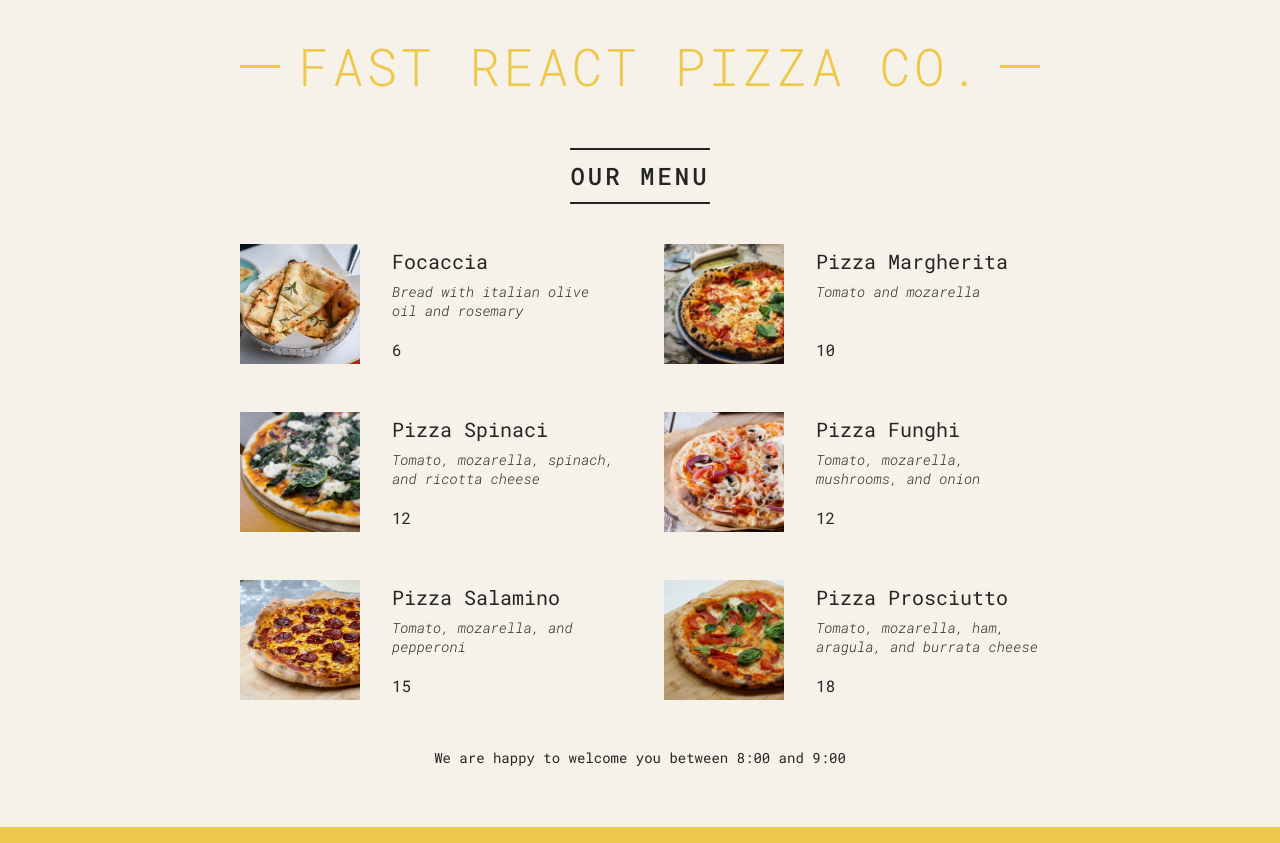
Repository: Aaryan-Poria/pizza-menu
Page: /
An editor plug-in stored every save of this project. The page is shown before and after the next save, followed by the edit.
The browser window is 1280 px wide. The pictures show the whole page.
The project was rebuilt for these pictures with package versions that can differ from the ones it lists, and the page was loaded fresh each time.

Above is the page before, as saved 2023-10-21 20:13:41.

After the next save:
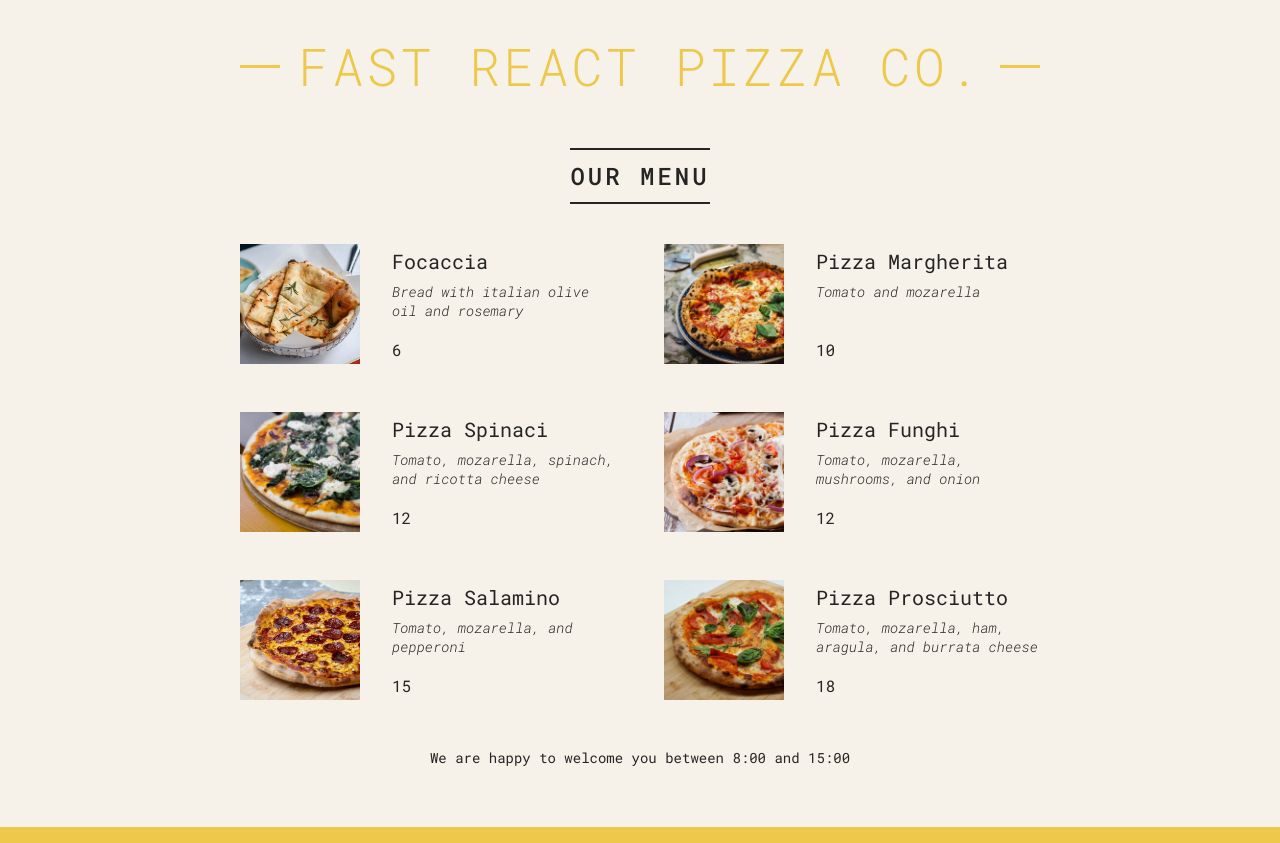
Saved 5 s later.
--- a/src/index.js
+++ b/src/index.js
@@ -119,7 +119,7 @@ function Pizza(props) {
 function Footer() {
   const hour = new Date().getHours();
   const openingHour = 8;
-  const closingHour = 9;
+  const closingHour = 15;
 
   const isOpen = hour >= openingHour && hour <= closingHour;
 
